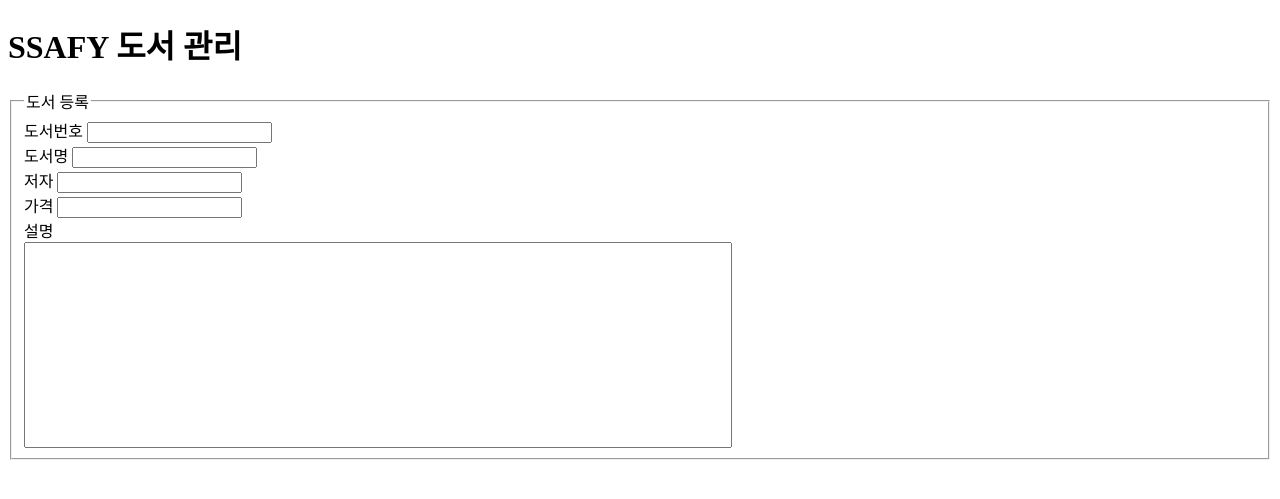
Repository: nkj0901/Personal-Repository
Page: SSAFY/서블릿/back_db_ws_01_3/WebContent/regist.html
An editor plug-in stored every save of this project. The page is shown before and after the next save, followed by the edit.
The browser window is 1280 px wide. The pictures show the whole page.

Above is the page before, as saved 2022-09-01 07:26:25.

After the next save:
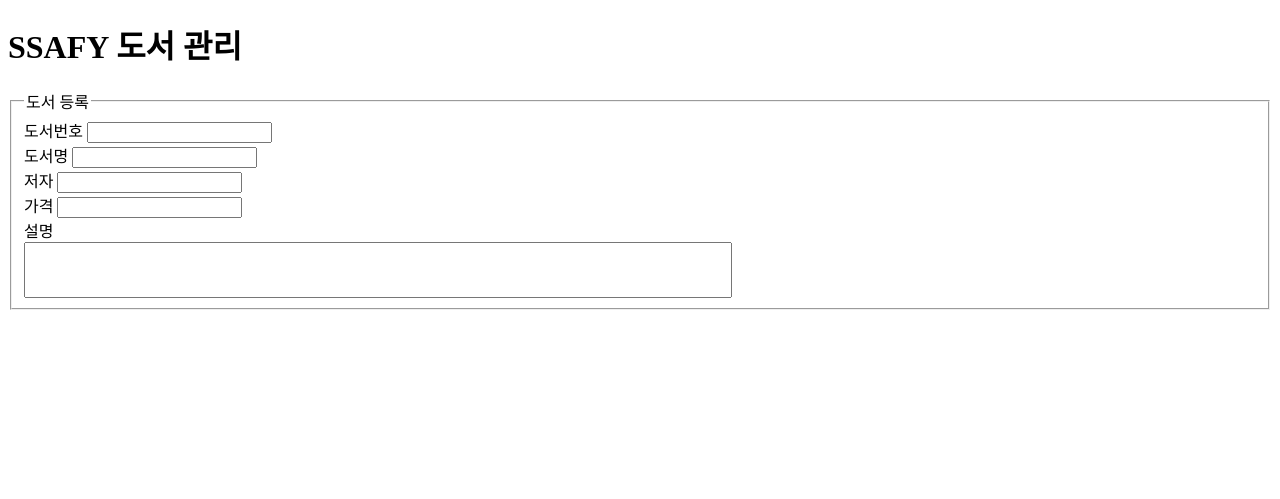
Saved 9 s later.
--- a/SSAFY/서블릿/back_db_ws_01_3/WebContent/regist.html
+++ b/SSAFY/서블릿/back_db_ws_01_3/WebContent/regist.html
@@ -18,7 +18,7 @@
 	<label>가격</label>
 	<input type = "text" name = "price"> <br>
 	<label>설명</label> <br>
-	<input style="width:700px; height:200px" type = "text" name = "desc" > <br>
+	<input style="width:700px; height:50px" type = "text" name = "desc" > <br>
 	</fieldset>
 
 
